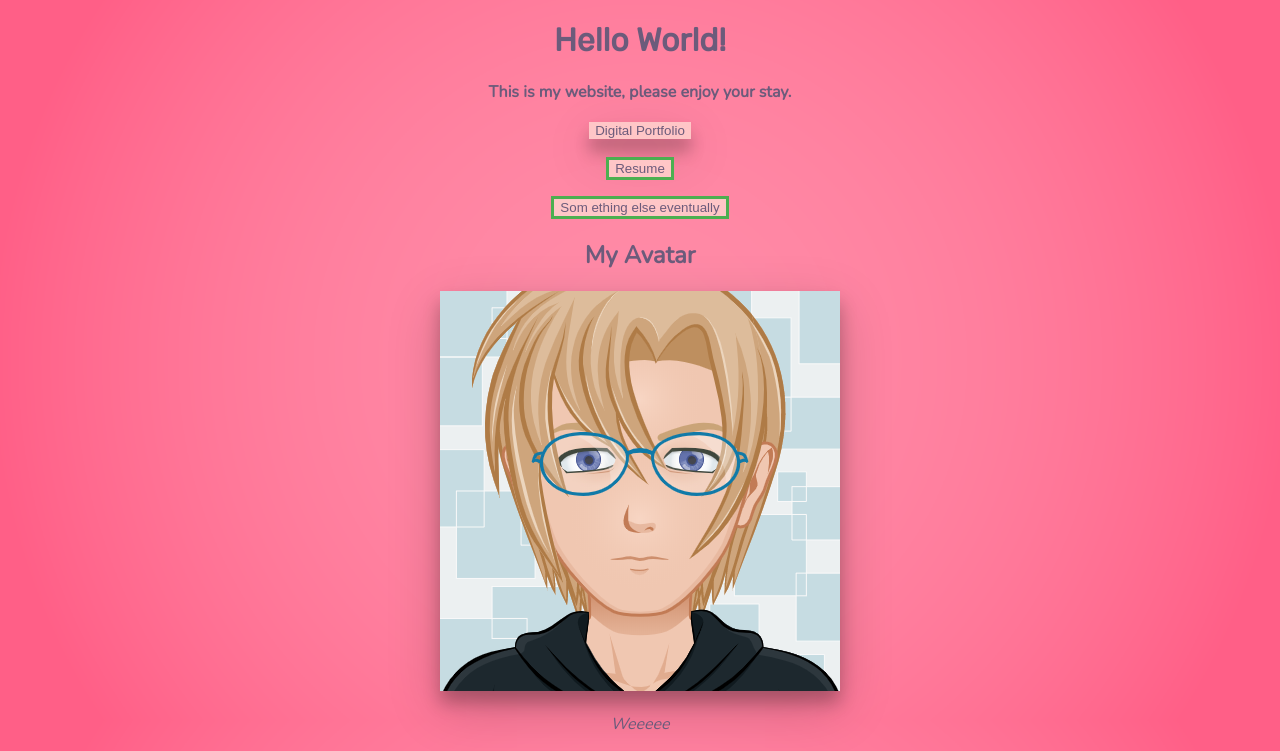
Repository: Ivyeomnky/Ivyeomnky.github.io
Page: index.html
The author's editor kept a record of every edit. The page is drawn from the files as they stood at one moment, then again after the next edit.
The browser window is 1280 px wide. The pictures show the whole page.
The pointer rests on the first visible `button`.
Backgrounds fixed to the window are drawn as part of the page.

Above is the page before.

After the next edit:
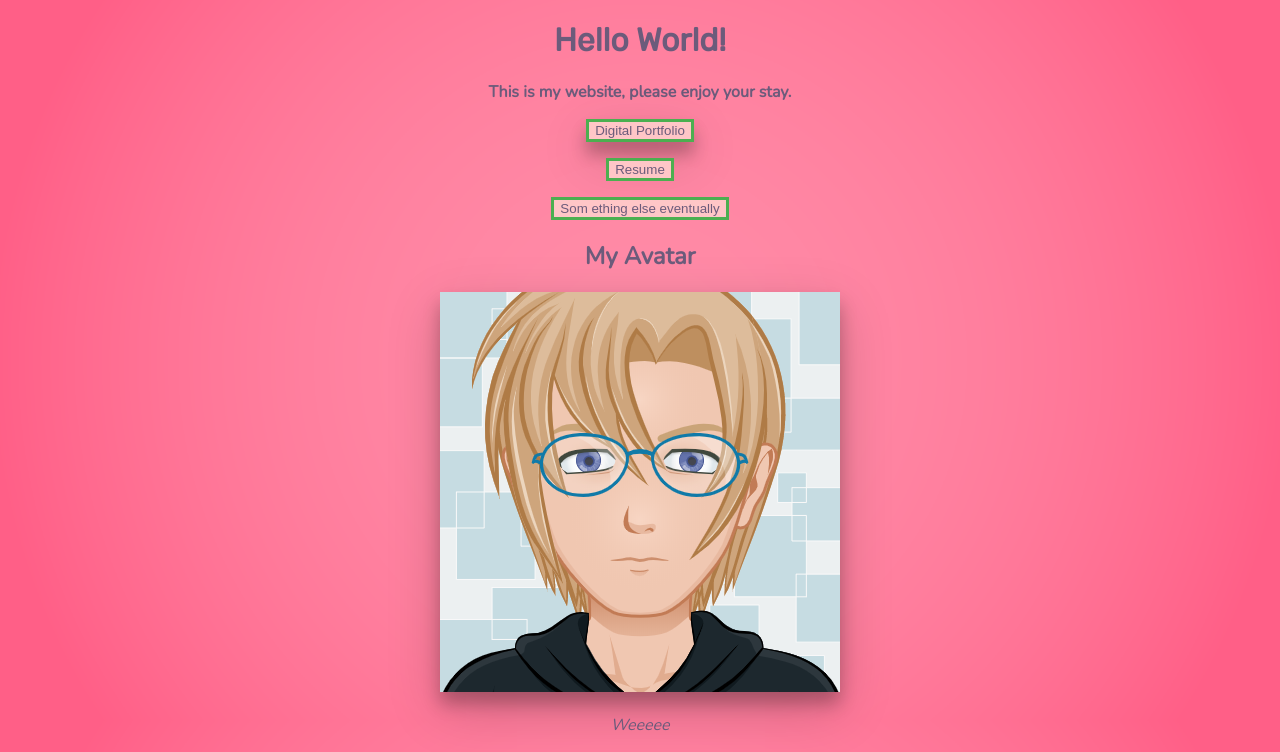
The edit:
--- a/css.css
+++ b/css.css
@@ -17,7 +17,7 @@
 }
 button:hover{
   background-color: #ffc6c7;
-    border: None;
+    border: 3px solid #4CAF50; /* Green */
     color: #6c5b7b;
     opacity:100;
   box-shadow:0 12px 16px 0 rgba(0,0,0,0.24), 0 17px 50px 0 rgba(0,0,0,0.19);
